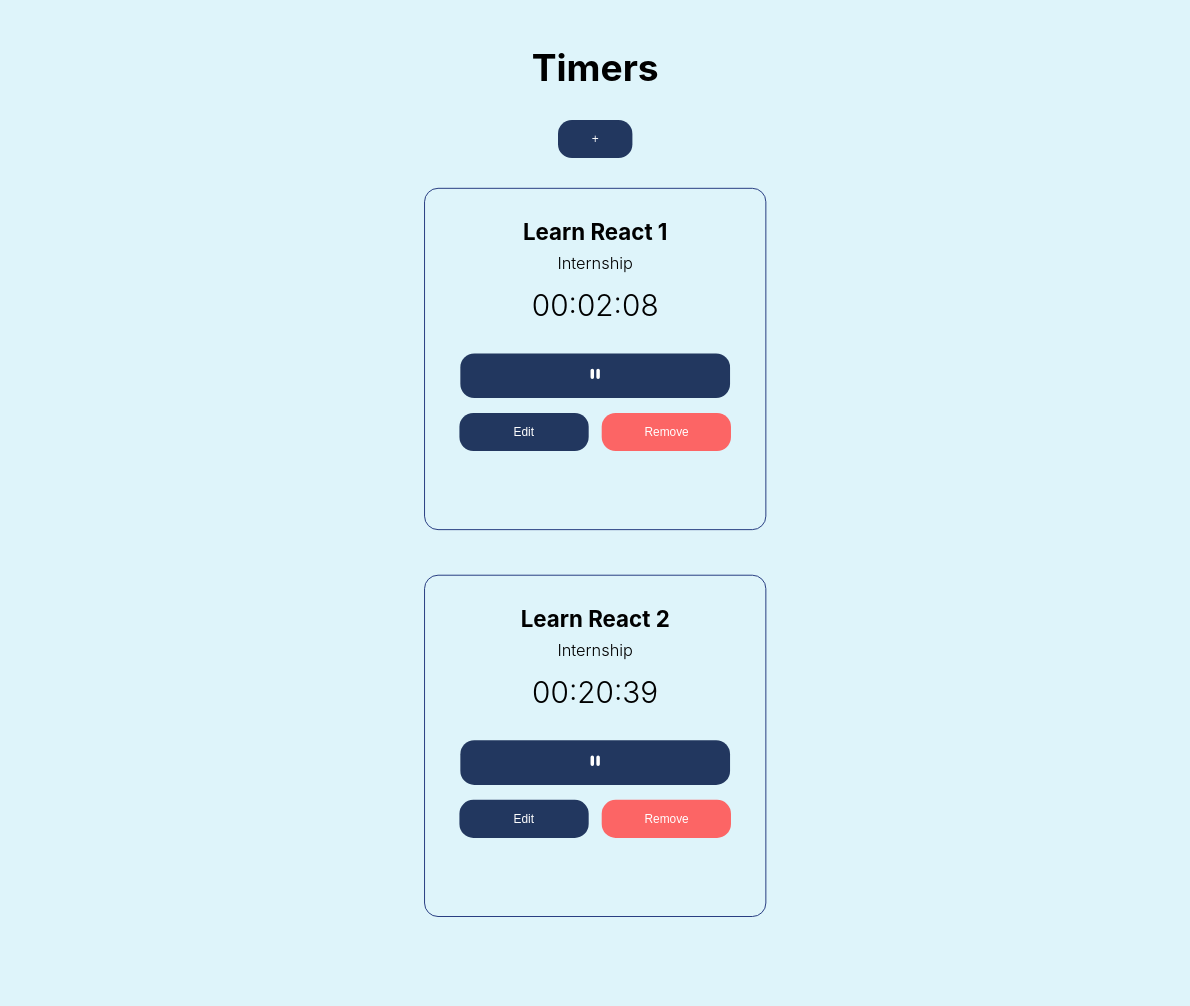
Repository: dqhuy153/react-timer
Page: /
An editor plug-in stored every save of this project. The page is shown before and after the next save, followed by the edit.
The browser window is 1280 px wide. The pictures show the whole page, at 93% of full size.
The project was rebuilt for these pictures with package versions that can differ from the ones it lists, and the page was loaded fresh each time. Also part of the build but not shown: src/components/TimerForm/TimerForm.module.scss, src/components/TimerForm/index.jsx.

Above is the page before, as saved 2021-10-26 17:56:47.

### src/index.css
* {
  padding: 0;
  margin: 0;
  box-sizing: border-box;
}

body {
  margin: 0;
  font-family: -apple-system, BlinkMacSystemFont, 'Segoe UI', 'Roboto', 'Oxygen',
    'Ubuntu', 'Cantarell', 'Fira Sans', 'Droid Sans', 'Helvetica Neue',
    sans-serif;
  -webkit-font-smoothing: antialiased;
  -moz-osx-font-smoothing: grayscale;

  font-size: 62.5%;
}

code {
  font-family: source-code-pro, Menlo, Monaco, Consolas, 'Courier New',
    monospace;
}

### src/App.js
import { useEffect, useRef, useState } from 'react';
import './App.scss';

import EditableTimerForm from './components/EditableTimerForm';
import ToggleableTimerForm from './components/ToggeableTimerForm';
import { newTimer } from './utils/TimerUtils';

function App() {
  const timerRef = useRef();
  const [timers, setTimers] = useState([
    {
      id: 1,
      title: 'Learn React 1',
      project: 'Internship',
      time: 123454,
      isRunning: true,
    },
    {
      id: 2,
      title: 'Learn React 2',
      project: 'Internship',
      time: 1234545,
      isRunning: true,
    },
  ]);

  const handleUpdateTimer = (data) => {
    let newTimers;

    //if has no id, create a new one
    if (!data.id) {
      newTimers = [
        newTimer({
          title: data.title,
          project: data.project,
        }),
        ...timers,
      ];
    }
    //update existing timer
    else {
      newTimers = timers.map((timer, idx) => {
        if (timer.id === data.id) {
          return {
            ...timer,
            title: data.title,
            project: data.project,
          };
        }

        return timer;
      });
    }

    setTimers(newTimers);
  };

  useEffect(() => {
    clearTimeout(timerRef.current);

    timerRef.current = setTimeout(() => {
      const newTimers = timers.map((timer, idx) => {
        if (timer.isRunning)
          return {
            ...timer,
            time: timer.time + 1000,
          };

        return timer;
      });

      setTimers(newTimers);
    }, 1000);
  }, [timers]);

  return (
    <div className="App">
      <div className="body">
        <h1>Timers</h1>

        <ToggleableTimerForm onUpdate={handleUpdateTimer} />

        {timers.map((timer) => {
          return (
            <EditableTimerForm
              key={timer.id}
              id={timer.id}
              title={timer.title}
              project={timer.project}
              timer={timer.time}
              isRunning={timer.isRunning}
            />
          );
        })}
      </div>
    </div>
  );
}

export default App;

### src/App.scss
.App {
  background: #def4fa;
}

.body {
  display: flex;
  justify-content: flex-start;
  align-items: center;
  flex-direction: column;
  padding: 3rem 0;
  height: 100%;

  h1 {
    font-size: 2.5rem;
  }
}

### src/components/EditableTimerForm/index.jsx
import React, { useState } from 'react';
import Timer from '../Timer';
import TimerForm from '../TimerForm';

import styles from './EditableTimerForm.module.scss';

const EditableTimerForm = ({
  id,
  title,
  project,
  timer,
  isRunning,
  onUpdate,
  onRemove,
  onTimerClick,
}) => {
  const [isEdit, setIsEdit] = useState(false);

  const handleOpenEdit = () => {
    setIsEdit(true);
  };

  const handleCloseEdit = () => {
    setIsEdit(false);
  };

  const handleUpdate = (data) => {
    onUpdate(data);
    handleOpenEdit();
  };

  const content = isEdit ? (
    <TimerForm
      id={id}
      title={title}
      project={project}
      timer={timer}
      onCancel={handleCloseEdit}
      onUpdate={handleUpdate}
    />
  ) : (
    <Timer
      id={id}
      title={title}
      project={project}
      timer={timer}
      isRunning={isRunning}
      onEdit={handleOpenEdit}
      onRemove={onRemove}
      onTimerClick={onTimerClick}
    />
  );

  return <div className={styles.container}>{content}</div>;
};

export default EditableTimerForm;

### src/components/ToggeableTimerForm/index.jsx
import { useState } from 'react';
import Button from '../Button';
import TimerForm from '../TimerForm';

import styles from './ToggleableTimerForm.module.scss';

const ToggleableTimerForm = ({ onUpdate, ...props }) => {
  const [isOpen, setIsOpen] = useState(false);

  const handleOpenForm = () => {
    setIsOpen(true);
  };

  const handleCloseForm = () => {
    setIsOpen(false);
  };

  const handleUpdate = (data) => {
    onUpdate(data);
    handleCloseForm();
  };

  const content = isOpen ? (
    <TimerForm onCancel={handleCloseForm} onUpdate={handleUpdate} />
  ) : (
    <Button onClick={handleOpenForm}>+</Button>
  );

  return <div className={styles.container}>{content}</div>;
};

export default ToggleableTimerForm;

### src/utils/TimerUtils.js
import { v4 as uuidv4 } from 'uuid';

export const millisecondsToHuman = (ms) => {
  const seconds = Math.floor((ms / 1000) % 60);
  const minutes = Math.floor((ms / 1000 / 60) % 60);
  const hours = Math.floor(ms / 1000 / 60 / 60);

  const humanized = [
    pad(hours.toString(), 2),
    pad(minutes.toString(), 2),
    pad(seconds.toString(), 2),
  ].join(':');

  return humanized;
};

const pad = (numberString, size) => {
  let padded = numberString;
  while (padded.length < size) {
    padded = `0${padded}`;
  }
  return padded;
};

export const newTimer = (attrs = {}) => {
  const timer = {
    title: attrs.title || 'Timer',
    project: attrs.project || 'Project',
    id: uuidv4(),
    time: 0,
    isRunning: false,
  };

  return timer;
};

### src/components/Timer/index.jsx
import React from 'react';
import { BsPauseFill, BsPlayFill } from 'react-icons/bs';

import { millisecondsToHuman } from '../../utils/TimerUtils';
import Button from '../Button';
import styles from './Timer.module.scss';

const Timer = ({
  title,
  project,
  timer,
  isRunning,
  onEdit,
  onRemove,
  onTimerClick,
}) => {
  const buttonLabel = isRunning ? (
    <BsPauseFill size={20} />
  ) : (
    <BsPlayFill size={20} />
  );

  return (
    <div className={styles.container}>
      <h2>{title}</h2>
      <p>{project}</p>
      <p className={styles.timer}>{millisecondsToHuman(timer)}</p>
      <Button className={styles.timer_btn} onClick={onTimerClick}>
        {buttonLabel}
      </Button>
      <div className={styles.btn_container}>
        <Button className={styles.btn} onClick={onEdit}>
          Edit
        </Button>
        <Button className={styles.btn} bgColor="#fc6565" onClick={onRemove}>
          Remove
        </Button>
      </div>
    </div>
  );
};

export default Timer;

### src/components/EditableTimerForm/EditableTimerForm.module.scss
.container {
  transition: all 0.2s linear;
  border: 1px solid #1b3179;
  padding: 2rem;
  border-radius: 15px;
  width: 23rem;
  height: 23rem;
  margin-bottom: 3rem;

  &:hover {
    box-shadow: rgba(100, 100, 111, 0.2) 0px 7px 29px 0px;
    background: #ffffff7e;
    border: none;
  }
}

### src/components/Button/index.jsx
import React from 'react';

import styles from './Button.module.scss';

const Button = ({
  children,
  onClick,
  className,
  bgColor = '#22375f',
  color = '#fff',
  hoverColor = '#22375f',
  hoverBgColor = '#fff',
  ...rest
}) => {
  return (
    <button
      style={{
        '--bg-color': bgColor,
        '--color': color,
        '--hover-color': hoverColor,
        '--hover-bg-color': hoverBgColor,
      }}
      className={`${styles.container} ${className}`}
      onClick={onClick}
      children={children}
      {...rest}
    ></button>
  );
};

export default Button;

### src/components/ToggeableTimerForm/ToggleableTimerForm.module.scss
.container {
  margin: 2rem;
}

### src/components/Timer/Timer.module.scss
.container {
  text-align: center;

  h2 {
    font-size: 1.5rem;
    margin-bottom: 0.5rem;
  }
  p {
    font-size: 1.1rem;
    font-weight: 300;
    margin-bottom: 1rem;
  }

  .timer {
    font-size: 2rem;
  }

  .btn_container {
    display: flex;
    justify-content: space-between;

    .btn {
      margin: 0 0.3rem;
      width: 46%;
    }
  }

  .timer_btn {
    width: 96%;
    margin: 1rem auto;
  }
}

### src/components/Button/Button.module.scss
.container {
  padding: 0.8rem 2rem;
  min-width: 5rem;
  border: none;
  color: var(--color);
  border-radius: 15px;
  background: var(--bg-color);
  font-size: 0.8rem;
  cursor: pointer;
  transition: all 0.2s linear;

  &:hover {
    box-shadow: rgba(100, 100, 111, 0.3) 0px 7px 29px 0px;
    background: var(--hover-bg-color);
    color: var(--hover-color);
    font-weight: bold;
  }

  &:active {
    transform: translateY(2px);
  }
}

Loaded but not shown: public/index.html (common file); src/index.js (common file); src/reportWebVitals.js (common file)

After the next save:
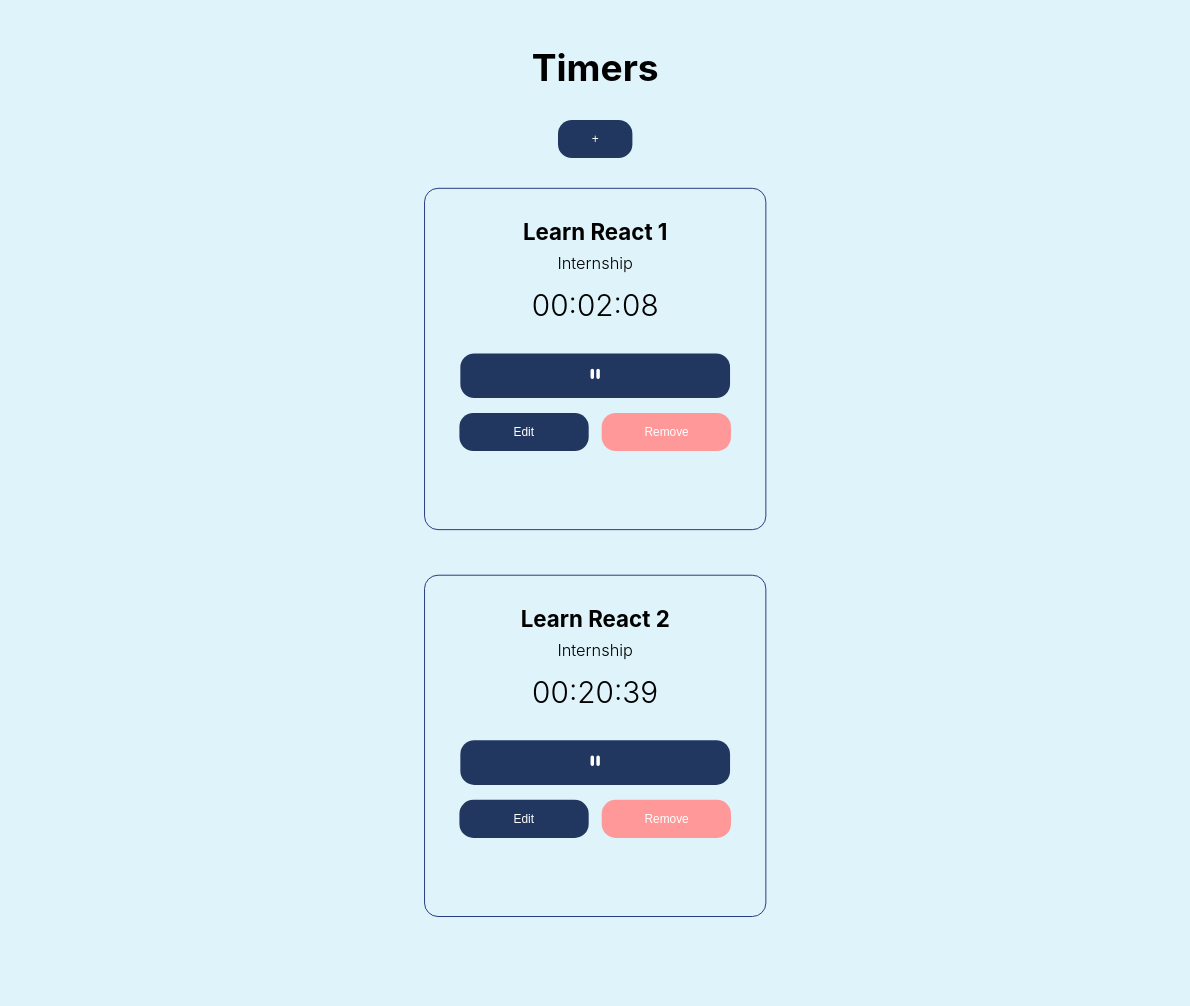
Saved 17 s later.
--- a/src/components/Timer/index.jsx
+++ b/src/components/Timer/index.jsx
@@ -32,7 +32,7 @@ const Timer = ({
         <Button className={styles.btn} onClick={onEdit}>
           Edit
         </Button>
-        <Button className={styles.btn} bgColor="#fc6565" onClick={onRemove}>
+        <Button className={styles.btn} bgColor="#ff9999" onClick={onRemove}>
           Remove
         </Button>
       </div>
